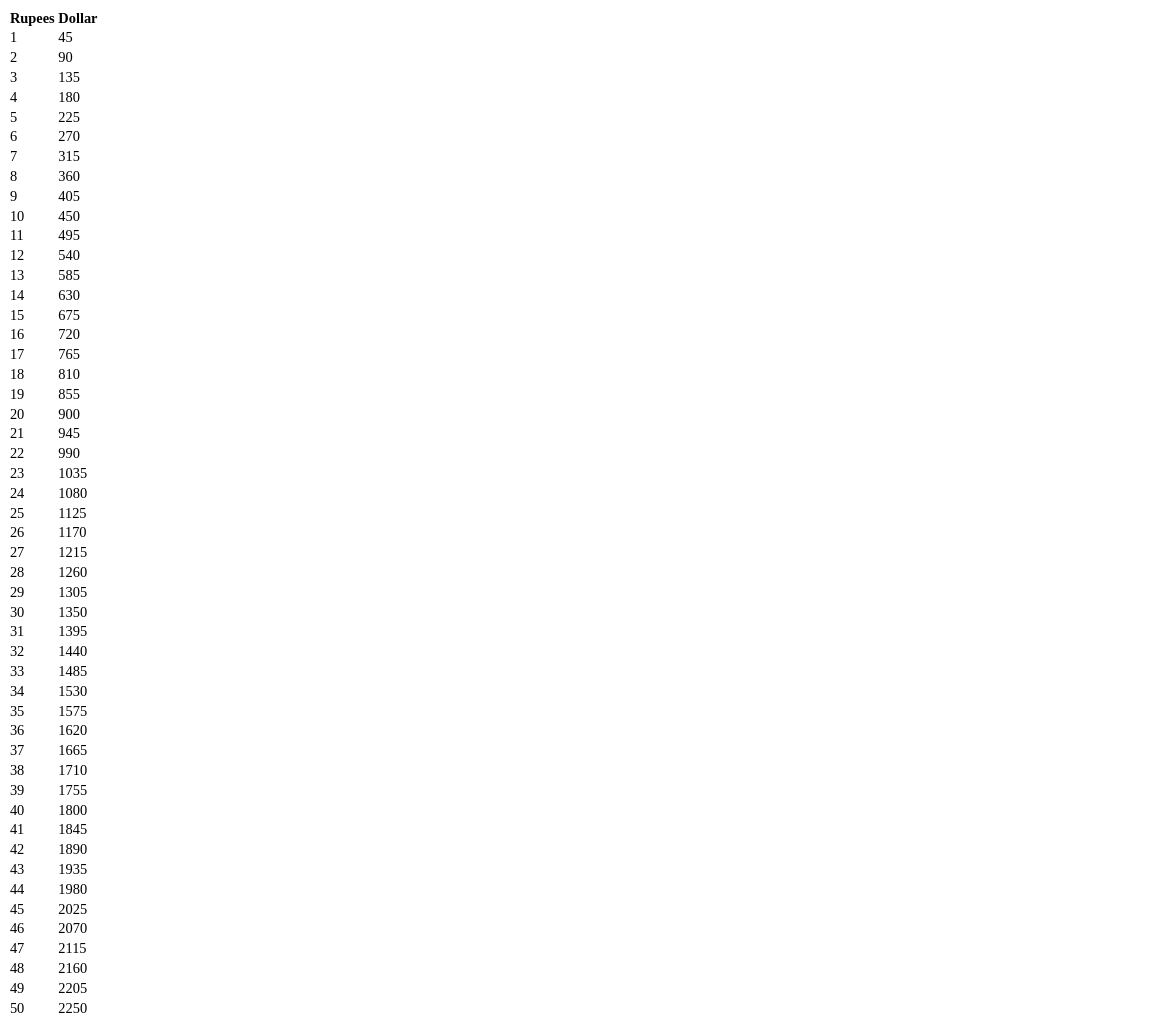
Repository: Amrinshaik/Day10
Page: http://localhost/HelloWorld/currencyconverter
An editor plug-in stored every save of this project. The page is shown before and after the next save, followed by the edit.
The browser window is 1280 px wide. The pictures show the whole page, at 90% of full size.
The page is served by Tomcat 9.

Above is the page before, as saved 2018-09-06 05:10:47.

After the next save:
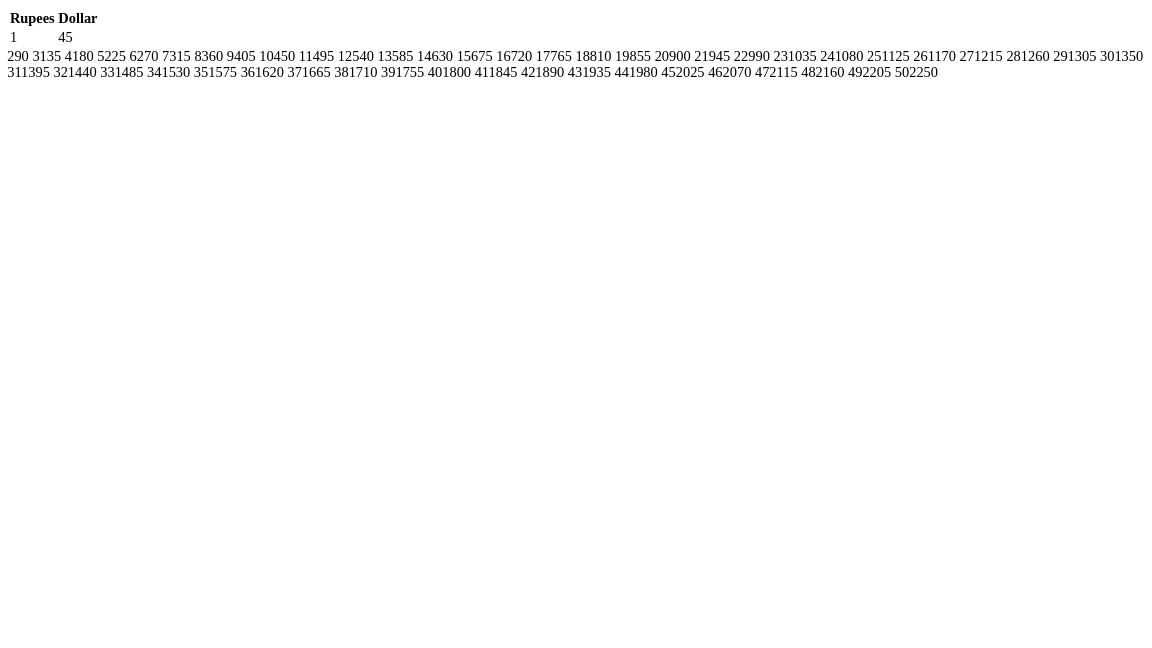
Saved 100 s later.
--- a/HelloWorld/src/com/capgemini/controller/CurrencyConverterServlet.java
+++ b/HelloWorld/src/com/capgemini/controller/CurrencyConverterServlet.java
@@ -24,10 +24,10 @@
 
 	out.println("<table><tr><th>Rupees</th><th>Dollar</th>");
 	for(int i=1;i<=50;i++) {
-		out.println("<tr><td>"+i+"</td><td>"+i*45+"</td></tr>");
+		out.println("<tr><td>"+i+"</td><td>"+i*45+"</td></tr></table>");
 
 	}
+	out.println("</table>");
 	out.close();
 	}
-
 }

After the save that followed:
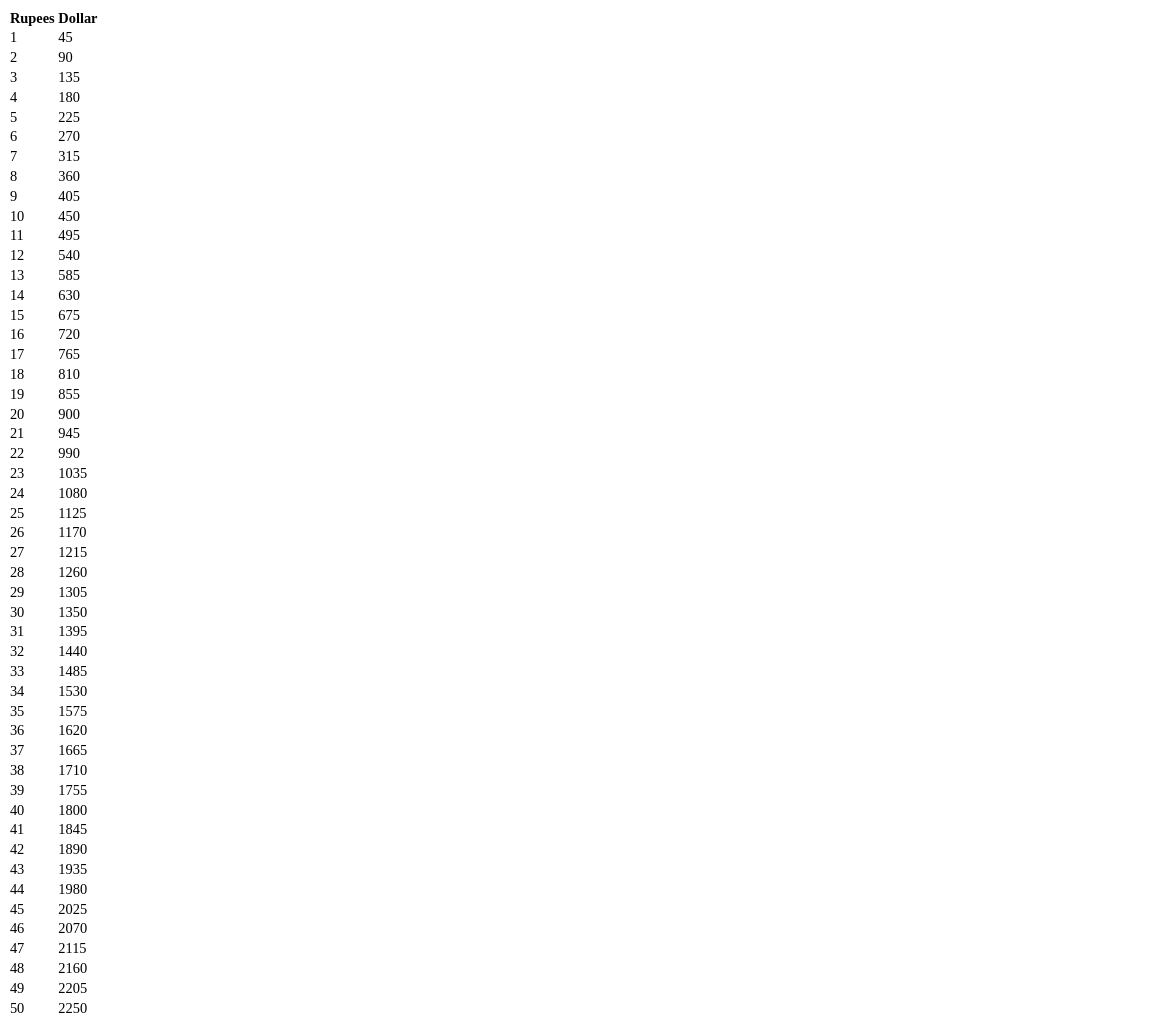
Saved 71 s later.
--- a/HelloWorld/src/com/capgemini/controller/CurrencyConverterServlet.java
+++ b/HelloWorld/src/com/capgemini/controller/CurrencyConverterServlet.java
@@ -24,7 +24,7 @@
 
 	out.println("<table><tr><th>Rupees</th><th>Dollar</th>");
 	for(int i=1;i<=50;i++) {
-		out.println("<tr><td>"+i+"</td><td>"+i*45+"</td></tr></table>");
+		out.println("<tr><td>"+i+"</td><td>"+i*45+"</td></tr>");
 
 	}
 	out.println("</table>");
